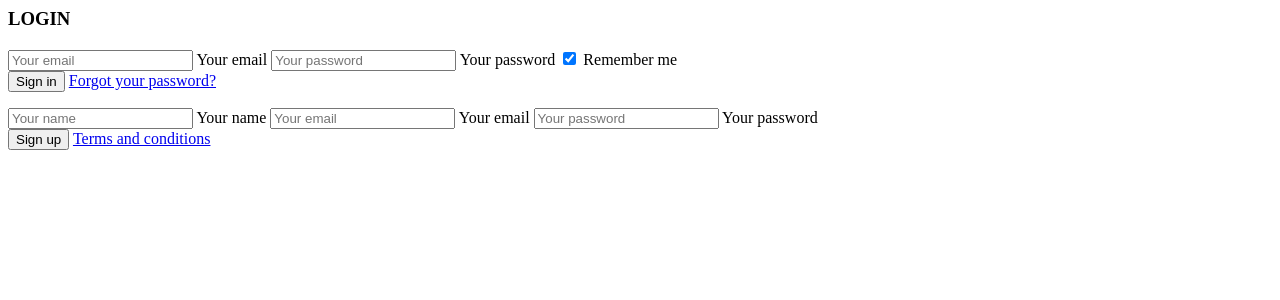
Repository: JaeJin2044/Community_spring
Page: http://localhost/Community/WEB-INF/views/user/login.jsp
These files come from the project's save history. The page is drawn as it stood at one moment and after the next save; the edit follows.
The browser window is 1280 px wide. The pictures show the whole page.
The page is served by Tomcat 9. Nobody is signed in. Other server files are loaded and not shown. The template is opened directly, without the code that normally fills it, so the values that code supplies are empty.

Above is the page before, as saved 2021-03-23 04:49:29.

### Community/src/main/webapp/WEB-INF/views/user/login.jsp
<%@ page language="java" contentType="text/html; charset=UTF-8"
	pageEncoding="UTF-8"%>





<section class="container">
	<article class="half">
		<h1>LOGIN</h1>
		<div class="content">
			<div class="signin-cont cont">
				<form action="#" method="post" enctype="multipart/form-data">
					<input type="email" name="email" id="email" class="inpt"
						required="required" placeholder="Your email"> <label
						for="email">Your email</label> <input type="password"
						name="password" id="password" class="inpt" required="required"
						placeholder="Your password"> <label for="password">Your
						password</label> <input type="checkbox" id="remember" class="checkbox"
						checked> <label for="remember">Remember me</label>
					<div class="submit-wrap">
						<input type="submit" value="Sign in" class="submit"> <a
							href="#" class="more">Forgot your password?</a>
					</div>
				</form>
			</div>
			<div class="signup-cont cont">
				<form action="#" method="post" enctype="multipart/form-data">
					<input type="email" name="email" id="name" class="inpt"
						required="required" placeholder="Your name"> <label
						for="name">Your name</label> <input type="email" name="email"
						id="email" class="inpt" required="required"
						placeholder="Your email"> <label for="email">Your
						email</label> <input type="password" name="password" id="password"
						class="inpt" required="required" placeholder="Your password">
					<label for="password">Your password</label>
					<div class="submit-wrap">
						<input type="submit" value="Sign up" class="submit"> <a
							href="#" class="more">Terms and conditions</a>
					</div>
				</form>
			</div>
		</div>
	</article>
	<div class="half bg"></div>
</section>

After the next save:
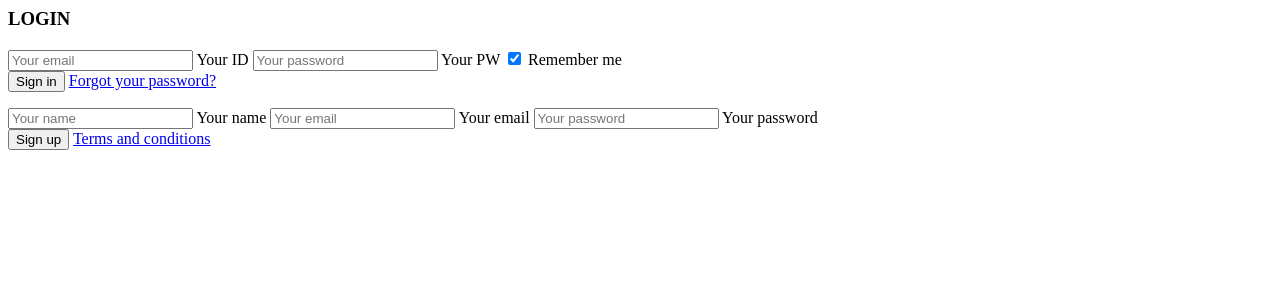
Saved 24 s later.
--- a/Community/src/main/webapp/WEB-INF/views/user/login.jsp
+++ b/Community/src/main/webapp/WEB-INF/views/user/login.jsp
@@ -13,10 +13,10 @@
 				<form action="#" method="post" enctype="multipart/form-data">
 					<input type="email" name="email" id="email" class="inpt"
 						required="required" placeholder="Your email"> <label
-						for="email">Your email</label> <input type="password"
+						for="email">Your ID</label> <input type="password"
 						name="password" id="password" class="inpt" required="required"
 						placeholder="Your password"> <label for="password">Your
-						password</label> <input type="checkbox" id="remember" class="checkbox"
+						PW</label> <input type="checkbox" id="remember" class="checkbox"
 						checked> <label for="remember">Remember me</label>
 					<div class="submit-wrap">
 						<input type="submit" value="Sign in" class="submit"> <a
